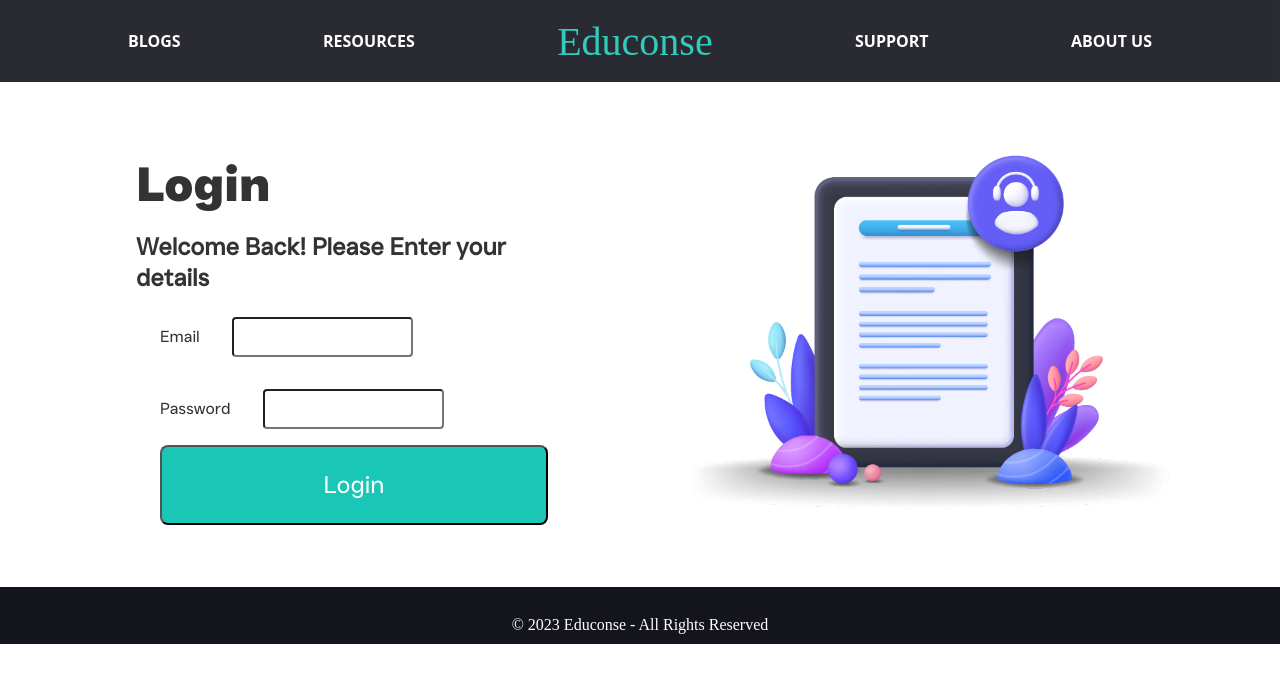
Repository: devajay07/educonse
Page: pages/login.html
An editor plug-in stored every save of this project. The page is shown before and after the next save, followed by the edit.
The browser window is 1280 px wide. The pictures show the whole page.

Above is the page before, as saved 2023-10-15 02:41:07.

### pages/login.html
<!DOCTYPE html>
<html lang="en">

<head>
  <meta charset="UTF-8" />
  <meta name="viewport" content="width=device-width, initial-scale=1.0" />
  <title>Document</title>

  <script src="https://code.jquery.com/jquery-3.7.0.js"></script>
  <link rel="stylesheet" href="/css/header.css" />
  <link rel="stylesheet" href="/css/login.css" />
</head>

<body>
  <header id="header"></header>
  <main>
    <div class="login-panel">
      <div class="left-section">
        <div class="top">
          <h1 class="heading">Login</h1>
          <h2 class="sub-heading">Welcome Back! Please Enter your details</h2>
        </div>
        <div class="input-form" id="input-form">
          <div class="email">
            <label for="email-input">Email</label>
            <input type="email" name="email-input" id="email-input" />
          </div>
          <div class="password">
            <label for="password-input">Password</label>
            <input type="password" id="password-input">
          </div>
          <input type="button" value="Login" id="submit">
        </div>

      </div>
      <div class="right-section">

        <img src="/images/login1.png" alt="Login Image" id="login-img">
      </div>
    </div>
  </main>
  <footer>
    <div class="footer-2">&copy; 2023 Educonse - All Rights Reserved</div>
  </footer>
  <script>
    $(document).ready(function () {
      $("#header").load("/pages/header.html");
    });
  </script>
</body>

</html>

### css/header.css
@import url("https://cdnjs.cloudflare.com/ajax/libs/font-awesome/6.4.2/css/all.min.css");
* {
  padding: 0;
  margin: 0;
  box-sizing: border-box;
}
@font-face {
  font-family: "brand-bold";
  src: url("/fonts/brand-bold.otf") format("opentype");
  font-weight: normal;
  font-style: normal;
}
@font-face {
  font-family: "brand-reg";
  src: url("/fonts/brand-regular.otf") format("opentype");
  font-weight: normal;
  font-style: normal;
}

:root {
  --brand-color: hsla(291, 60%, 34%, 1);
  --hookers-green: hsla(174, 17%, 46%, 1);
  --white: hsla(0, 0%, 100%, 1);
  --poppy: hsla(356, 74%, 52%, 1);
  --black: hsla(60, 1%, 14%, 1);
  --beige: #f5f5dc;

  --brand-bold: "brand-bold", sans-serif;
  --brand-reg: "brand-reg", sans-serif;
  --universal-margin: 1rem 8rem;
  --section-margin: 1rem;
  --footer-bg: rgb(20, 21, 28);
}

body {
  background-color: white;
  color: #333; /* A light version of black */
}

.nav-container {
  display: flex;
  align-items: center;
  justify-content: space-between;
  width: 100%;
  margin: var(--universal-margin);
  height: 50px;
}
.nav-container .nav-item {
  font-family: system-ui, -apple-system, BlinkMacSystemFont, "Segoe UI", Roboto,
    Oxygen, Ubuntu, Cantarell, "Open Sans", "Helvetica Neue", sans-serif;
  color: var(--white);
  font-weight: bolder;
}

nav {
  display: flex;
  justify-content: space-between;
  align-items: center;
  background-color: var(--footer-bg);
  opacity: 0.9;
  color: white;
}

nav .brand {
  font-size: 40px;
  color: var(--brand-color);
  font-family: var(--brand-font);
}

nav a {
  text-decoration: none;
  color: white;
}

footer {
  display: flex;
  flex-direction: column;
}
.footer-1 {
  display: flex;
  justify-content: space-evenly;
}
.footer-1 .customer-service > div {
  padding: 0.2rem;
}
.footer-1 h1 {
  font-size: 1.2rem;
  font-family: var(--brand-font);
  margin-bottom: 0.5rem;
}
.footer-1 p {
  font-size: 0.8rem;
  opacity: 0.6;
  color: #f0e8e8;
  padding: 0.3rem;
  font-family: var(--brand-reg);
}
.footer-1 .heading{
  padding-bottom: 1rem;
  font-family: var(--brand-bold);
}


.footer-1 span {
  font-size: 0.8rem;
  margin: 0.4rem;
}

.footer-1 a {
  color: #f0f0ea;
  text-decoration: none;
}
.footer-1 .reach-us {
  display: flex;
  align-items: center;
  flex-direction: column;
}

.reach-us iframe{
  border-radius: 8px;
}

.footer-2{
  padding-top: 1.2rem;
}

.text {
  color: white;
  font-size: 20px;
  position: absolute;
  top: 50%;
  left: 50%;
  transform: translate(-50%, -50%);
  -ms-transform: translate(-50%, -50%);
  white-space: nowrap;
}

@charset "UTF-8";

.svg-inline--fa {
  vertical-align: -0.2em;
}

.rounded-social-buttons {
  text-align: center;
}

.rounded-social-buttons .social-button {
  display: inline-block;
  position: relative;
  cursor: pointer;
  width: 3.125rem;
  height: 3.125rem;
  border: 0.125rem solid transparent;
  padding: 0;
  text-decoration: none;
  text-align: center;
  color: #fefefe;
  font-size: 1.5625rem;
  font-weight: normal;
  line-height: 2em;
  border-radius: 1.6875rem;
  transition: all 0.5s ease;
  margin-right: 0.25rem;
  margin-bottom: 0.25rem;
}

.rounded-social-buttons .social-button:hover,
.rounded-social-buttons .social-button:focus {
  -webkit-transform: rotate(360deg);
  -ms-transform: rotate(360deg);
  transform: rotate(360deg);
}

.rounded-social-buttons .fa-twitter,
.fa-facebook-f,
.fa-linkedin,
.fa-youtube,
.fa-instagram {
  font-size: 25px;
}

.rounded-social-buttons .social-button.facebook {
  background: #3b5998;
}

.rounded-social-buttons .social-button.facebook:hover,
.rounded-social-buttons .social-button.facebook:focus {
  color: #3b5998;
  background: #fefefe;
  border-color: #3b5998;
}

.rounded-social-buttons .social-button.twitter {
  background: #55acee;
}

.rounded-social-buttons .social-button.twitter:hover,
.rounded-social-buttons .social-button.twitter:focus {
  color: #55acee;
  background: #fefefe;
  border-color: #55acee;
}

.rounded-social-buttons .social-button.linkedin {
  background: #007bb5;
}

.rounded-social-buttons .social-button.linkedin:hover,
.rounded-social-buttons .social-button.linkedin:focus {
  color: #007bb5;
  background: #fefefe;
  border-color: #007bb5;
}

.rounded-social-buttons .social-button.youtube {
  background: #bb0000;
}

.rounded-social-buttons .social-button.youtube:hover,
.rounded-social-buttons .social-button.youtube:focus {
  color: #bb0000;
  background: #fefefe;
  border-color: #bb0000;
}

.rounded-social-buttons .social-button.instagram {
  background: #125688;
}

.rounded-social-buttons .social-button.instagram:hover,
.rounded-social-buttons .social-button.instagram:focus {
  color: #125688;
  background: #fefefe;
  border-color: #125688;
}

footer {
  background-color: var(--footer-bg);
  color: white;
  text-align: center;
  padding: 10px 0;
}

### css/login.css
@import url("/css/global.css");
main .login-panel{
  display: flex;
  justify-content: center;
  background-color: var(--white);
  font-family: var(--brand-reg);
}

.left-section{
  width: 800px;
  display: flex;
  flex-direction: column;
  justify-content: center;
  font-family: var(--brand-reg );
  padding: 2rem;
  padding-left: 8rem;
}

.input-form{
  display: flex;
  flex-direction: column;
  font-family: var(--brand-reg);
  padding-left: 2rem;

}
.input>div{
  font-size: 1.3rem;
  margin:0.5rem;
}
label{
  padding-right: 1rem;
}

input[type=password],input[type=email]{
  float: right;
  height: 40px;
  border-radius:4px;
  margin: 1rem;
}

#submit{
  height:80px;
  background-color:var(--brand-color);
  color:var(--white);
  font-family: var(--brand-reg);
  font-size: 1.5rem;
  border-radius:8px;

}
.heading{
  font-family: var(--brand-bold);
  font-size: 3rem;
  padding: 0.5rem;
}

.sub-heading{
  font-family: var(--brand-reg);
  font-size: 1.5rem;
  padding: 0.5rem;

}

.email,.password{
  width: 100%;
  display: flex;
  align-items:center;
}


#login-img{
  width: 700px;
  height:500px;
  object-fit: contain;
}

### css/global.css
@import url("https://cdnjs.cloudflare.com/ajax/libs/font-awesome/6.4.2/css/all.min.css");
* {
  padding: 0;
  margin: 0;
  box-sizing: border-box;
}
@font-face {
  font-family: "brand-bold";
  src: url("/fonts/brand-bold.otf") format("opentype");
  font-weight: normal;
  font-style: normal;
}
@font-face {
  font-family: "brand-reg";
  src: url("/fonts/brand-regular.otf") format("opentype");
  font-weight: normal;
  font-style: normal;
}

:root {
  --brand-color: rgb(26, 198, 181);
  --hookers-green: hsla(174, 17%, 46%, 1);
  --white: hsla(0, 0%, 100%, 1);
  --poppy: hsla(356, 74%, 52%, 1);
  --black: hsla(60, 1%, 14%, 1);
  --beige: #f5f5dc;

  --brand-bold: "brand-bold", sans-serif;
  --brand-reg: "brand-reg", sans-serif;
  --universal-margin: 1rem 8rem;
  --section-margin: 1rem;
  --footer-bg: rgb(20, 21, 28);
}

### pages/header.html
<nav>
  <div class="nav-container">
    <div class="nav-item">BLOGS</div>
    <div class="nav-item">RESOURCES</div>
    <div class="brand">Educonse</div>
    <div class="nav-item">SUPPORT</div>
    <div class="nav-item">ABOUT US</div>
  </div>
</nav>

After the next save:
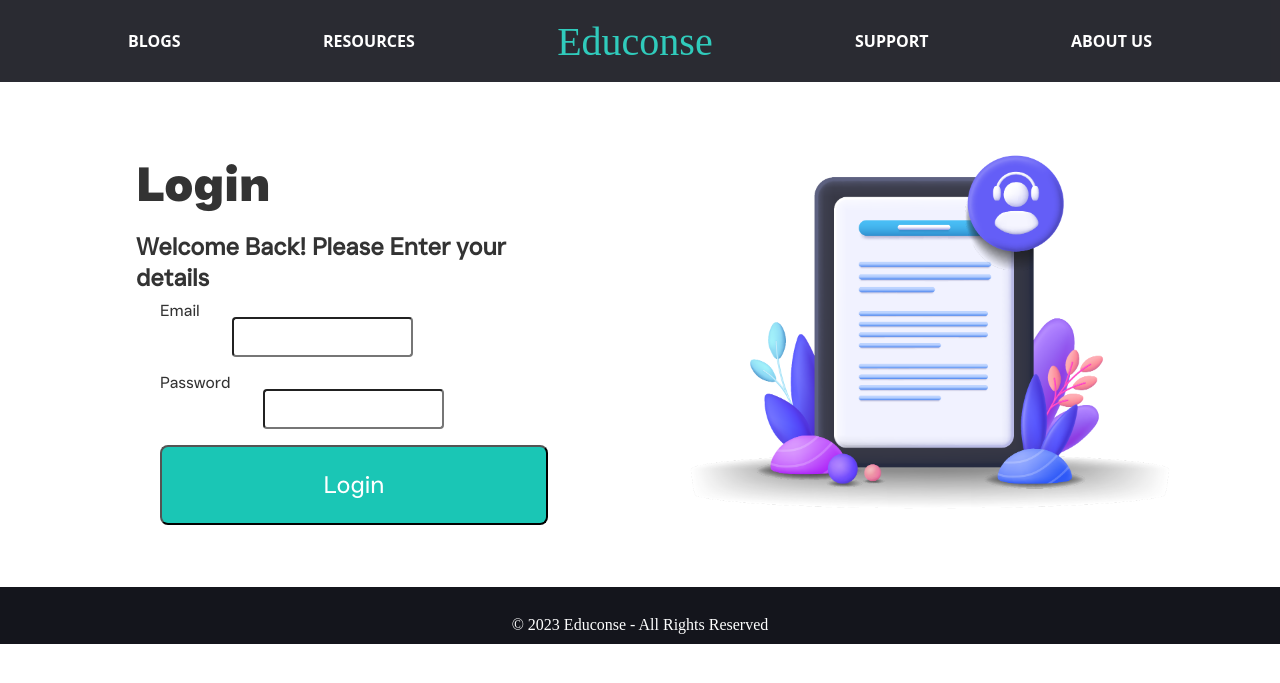
Saved 4 s later.
--- a/css/login.css
+++ b/css/login.css
@@ -63,6 +63,7 @@
 .email,.password{
   width: 100%;
   display: flex;
+  s
   align-items:center;
 }
 

After the save that followed:
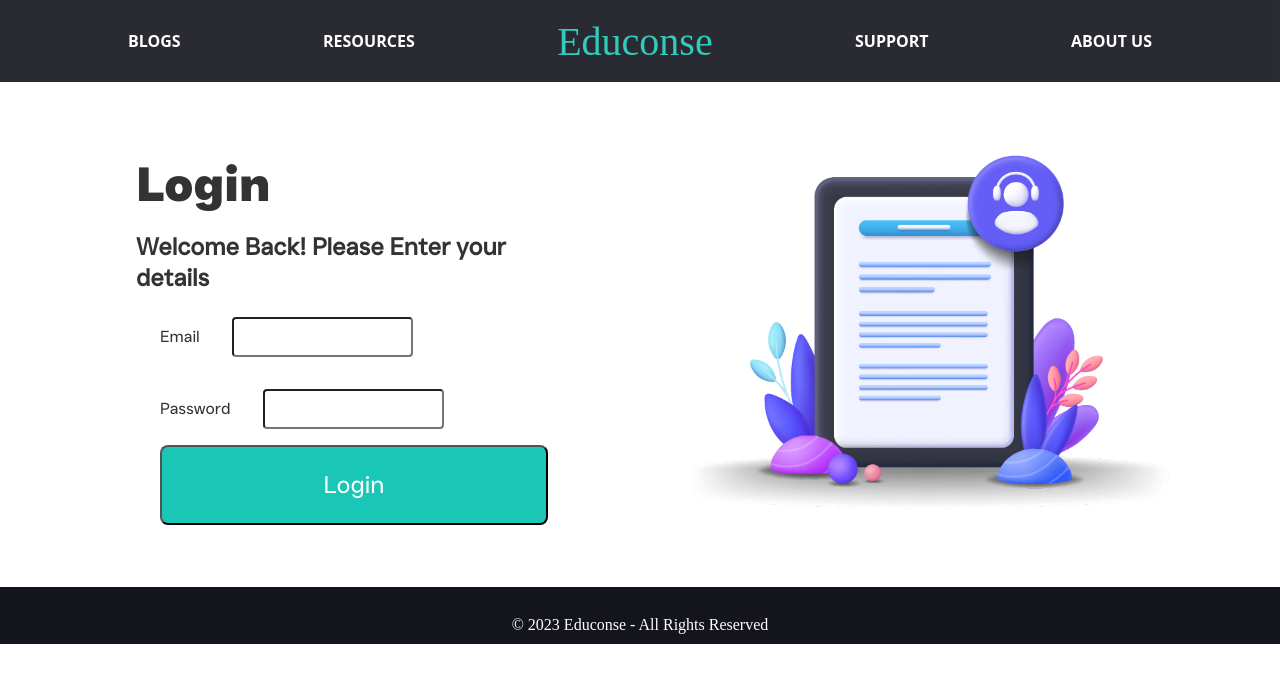
Saved 4 s later.
--- a/css/login.css
+++ b/css/login.css
@@ -63,7 +63,7 @@
 .email,.password{
   width: 100%;
   display: flex;
-  s
+
   align-items:center;
 }
 
